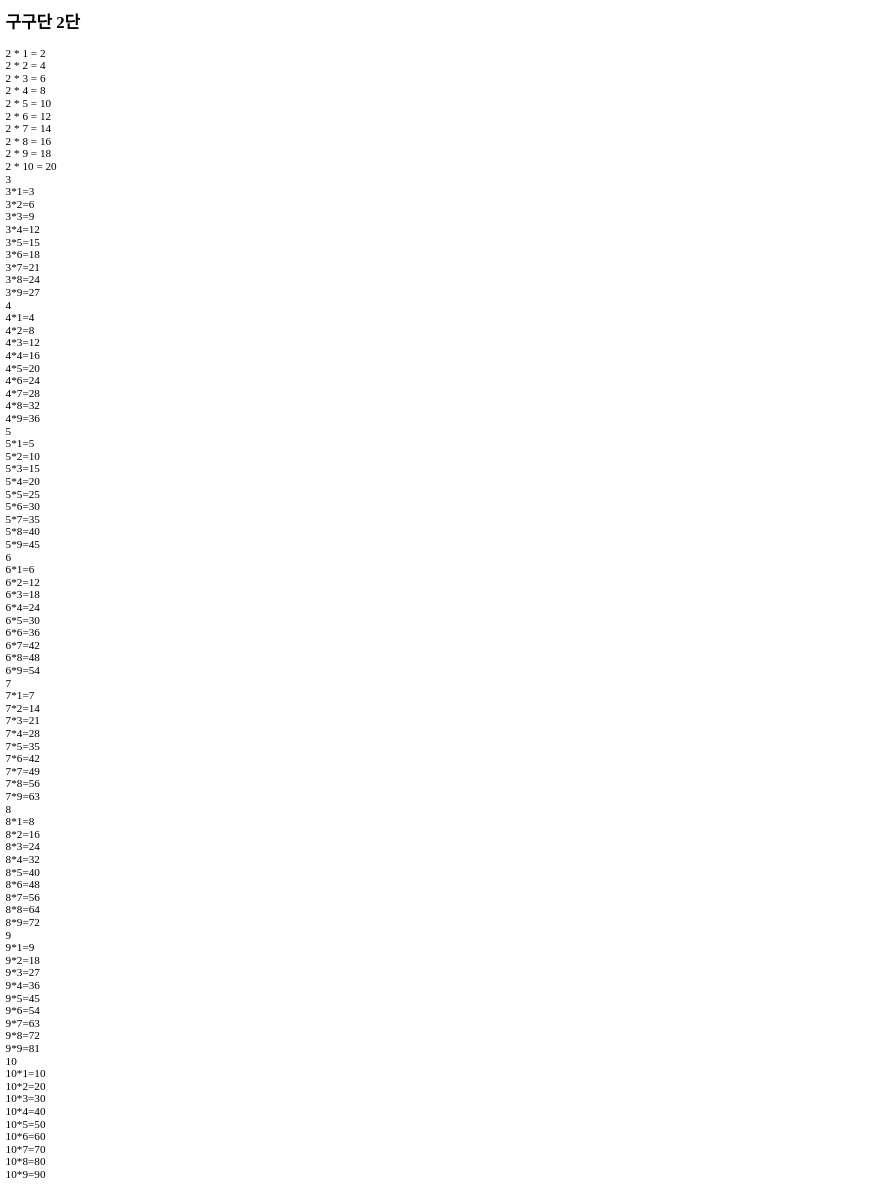
Repository: Kimhwawon/jsp_practice
Page: http://localhost/JSPBasic/JspTag/Scriptlet.jsp
An editor plug-in stored every save of this project. The page is shown before and after the next save, followed by the edit.
The browser window is 1280 px wide. The pictures show the part of the page from y = 304 to 2224 px (the page is 1999 px tall before and 2598 px after), at 70% of full size.
The page is served by Tomcat 9.

Above is the page before, as saved 2022-01-28 03:13:00.

After the next save:
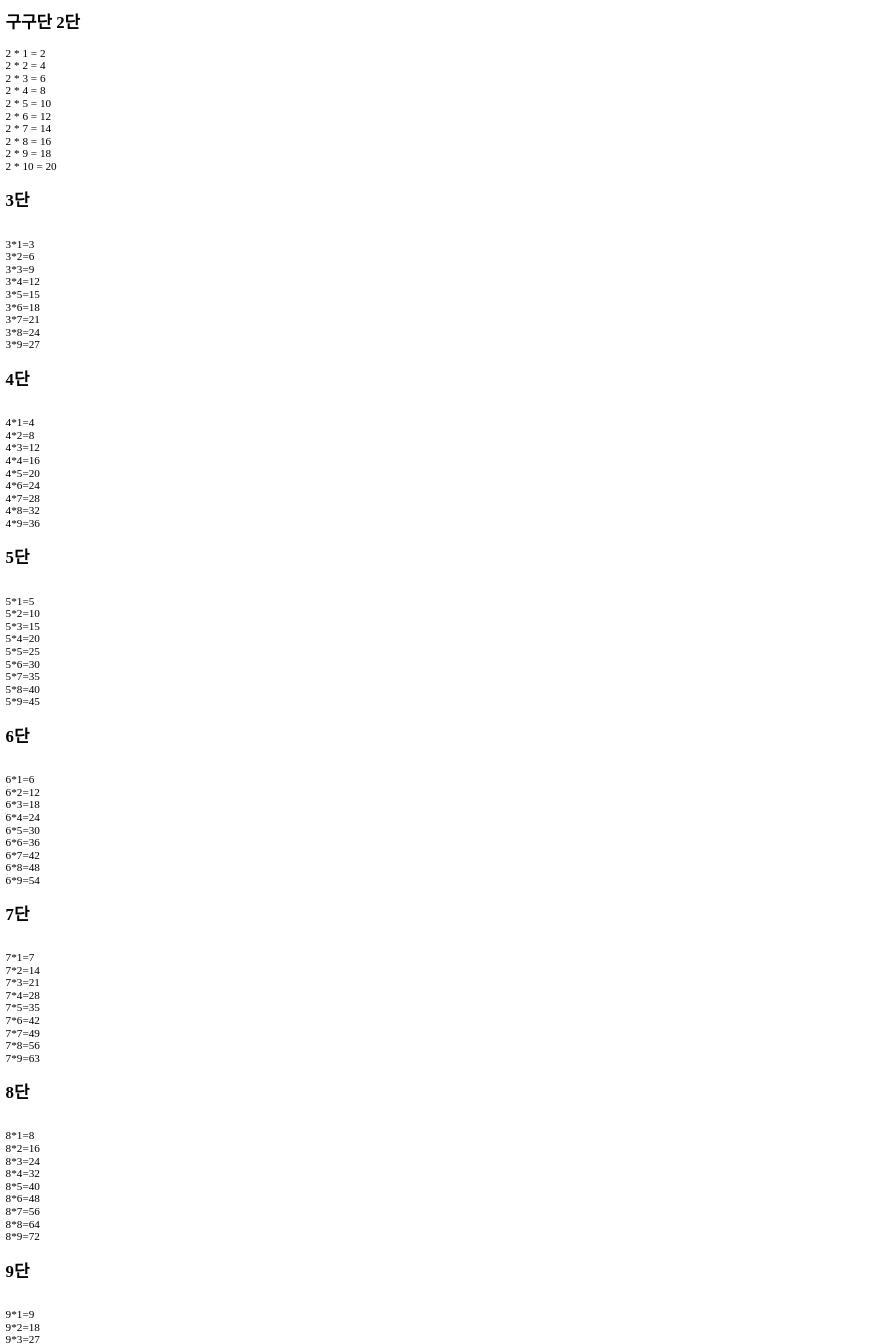
Saved 2 min 31 s later.
--- a/JSPBasic/src/main/webapp/JspTag/Scriptlet.jsp
+++ b/JSPBasic/src/main/webapp/JspTag/Scriptlet.jsp
@@ -29,7 +29,7 @@
 	 <!-- 2단 되신분들은 3단부터 나머지도 다 출력해주세요. -->
 	 <%
 	 	for(int i= 3; i <=10; i++){
-	 		out.println(i + "<br/>");
+	 		out.println("<h2>" + i + "단" + "</h2>"  + "<br/>");
 	 		for (int j = 1; j <=9; j++){
 	 			if(j>10){
 
